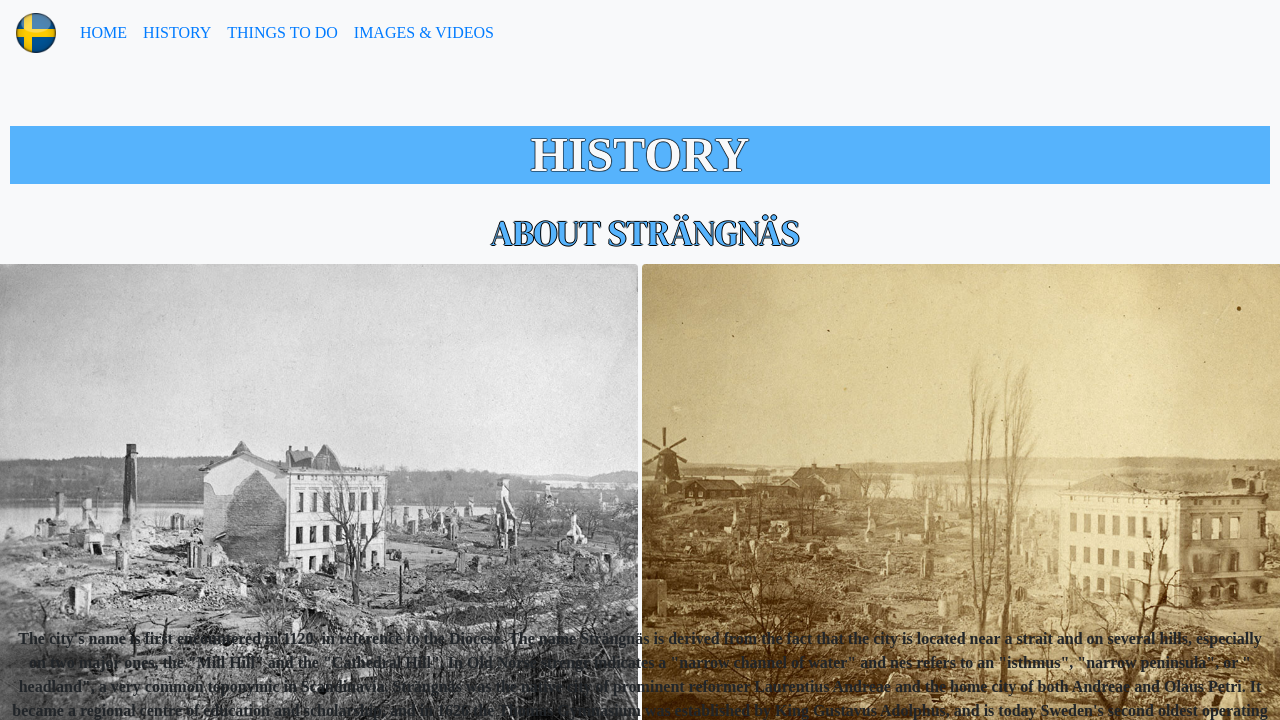
Repository: kososwede/first-project
Page: history.html
The author's editor kept a record of every edit. The page is drawn from the files as they stood at one moment, then again after the next edit.
The browser window is 1280 px wide. The pictures show the whole page.
An inner scrolling area shows only its first screen. Some web fonts or font styles are not loaded; a fallback is used.

Above is the page before.

After the next edit:
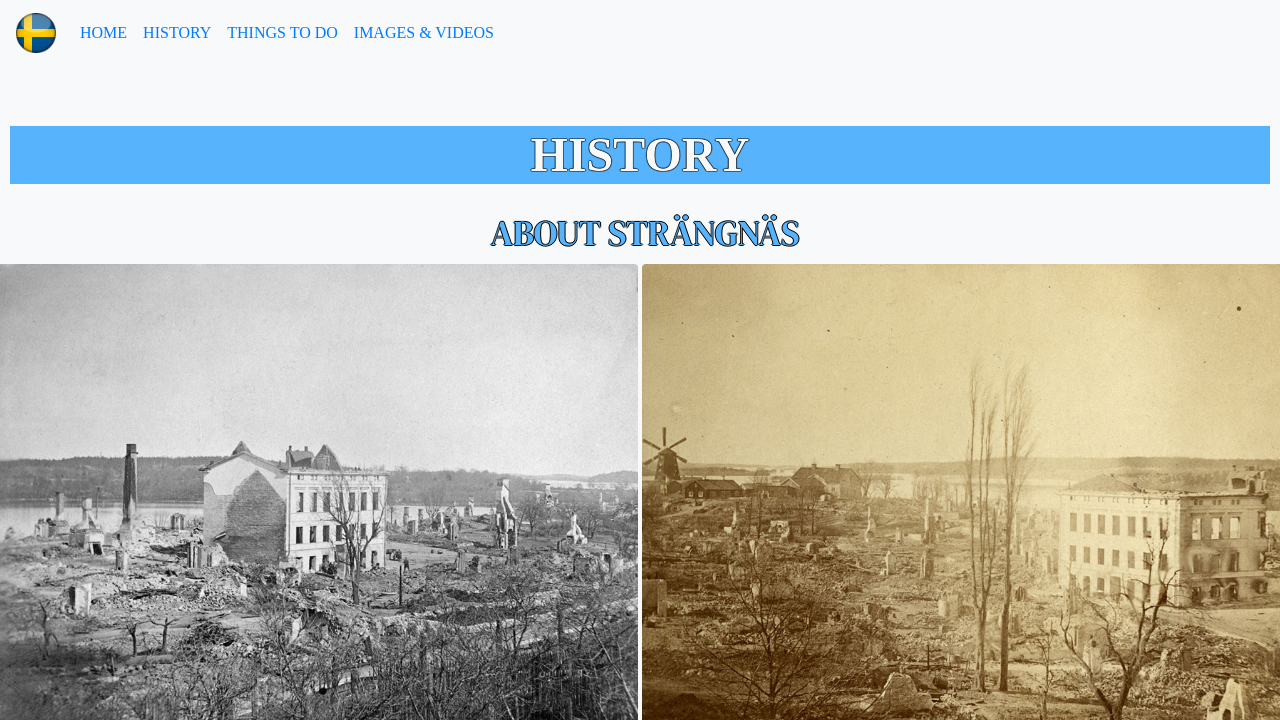
The edit:
--- a/assets/css/style.css
+++ b/assets/css/style.css
@@ -96,8 +96,6 @@
 .col-6 {
     padding: 2px;
     text-align: center;
-    height: 365px;
-    width: 550px;
 }
 
 
